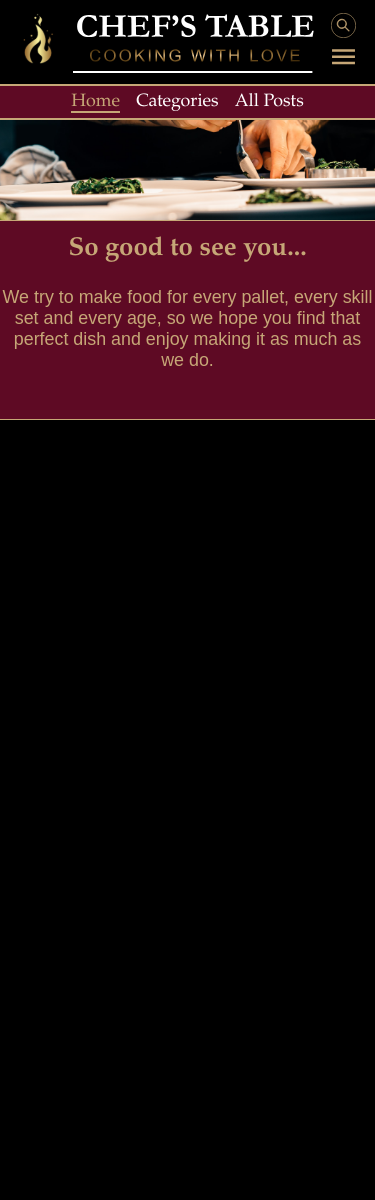
Repository: Noroff-FEU-Assignments/project-exam-1-runeunhjem
Page: index.html
An editor plug-in stored every save of this project. The page is shown before and after the next save, followed by the edit.
The browser window is 375 px wide. The pictures show the whole page.
The page's requests for data from a server got no answer.

Above is the page before, as saved 2023-05-01 13:54:07.

After the next save:
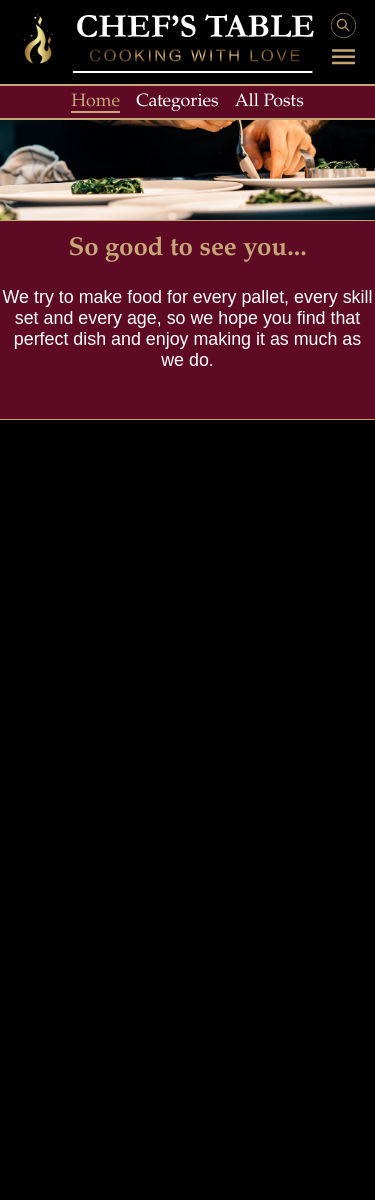
Saved 6 s later.
--- a/css/styles.css
+++ b/css/styles.css
@@ -204,7 +204,6 @@ main {
   margin: 0.5em auto;
   font-family: var(--font-family-normal);
   font-size: calc(1rem + 0.5vw);
-  color: var(--color-gold);
 }
 
 .carousel-home {
@@ -284,4 +283,4 @@ main {
     background-image: url(../images/hero-image.png);
     height: 100px;
   }
-}/*# sourceMappingURL=styles_20230501135407.css.map */
+}/*# sourceMappingURL=styles_20230501135413.css.map */
